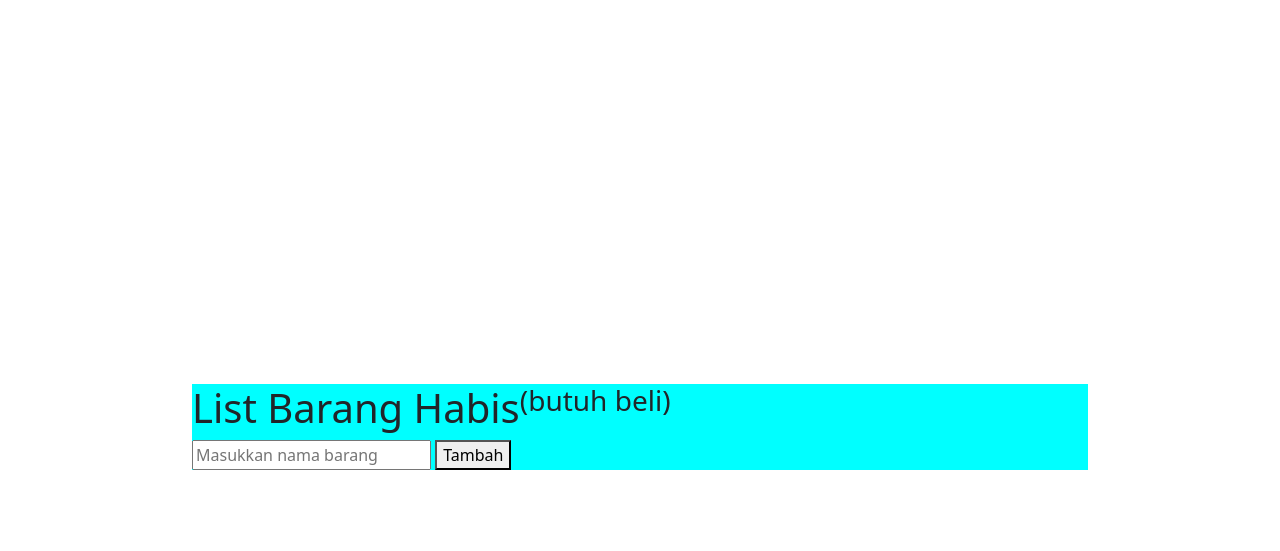
Repository: amorysdeo/dirumah
Page: index.html
The author's editor kept a copy of each file at every save. The page is drawn from the files as they stood at one save, then again after the next save.
The browser window is 1280 px wide. The pictures show the whole page.

Above is the page before, as saved 2025-11-27 11:49:15.

### index.html
<!DOCTYPE html>
<html lang="en">
<head>
    <meta charset="UTF-8">
    <meta name="viewport" content="width=device-width, initial-scale=1.0">
    <link rel="stylesheet" href="css.css">
    <link href="https://cdn.jsdelivr.net/npm/bootstrap@5.3.3/dist/css/bootstrap.min.css" rel="stylesheet">

    <title>Belanja</title>
</head>
<body>
    <div id="main-box">
        <div id="title" class="d-flex">
            <h1>List Barang Habis</h1>
            <h3>(butuh beli)</h3>
        </div>
        <div id="inputan">
            <input type="text" id="barang" name="barang" placeholder="Masukkan nama barang">
            <button>Tambah</button>
        </div>
    </div>

    <script src="https://cdn.jsdelivr.net/npm/@popperjs/core@2.11.8/dist/umd/popper.min.js"></script>
    <script src="https://cdn.jsdelivr.net/npm/bootstrap@5.3.3/dist/js/bootstrap.min.js"></script>
</body>
</html>

### css.css
body{
    padding-top: 30%;
    align-items: center;
    justify-content: center;
    display: flex;
    margin-left: auto;
    margin-right: auto;
}

#main-box{
    background-color: aqua;
    justify-content: center;
    align-items: center;
    width: 70%;
}

After the next save:
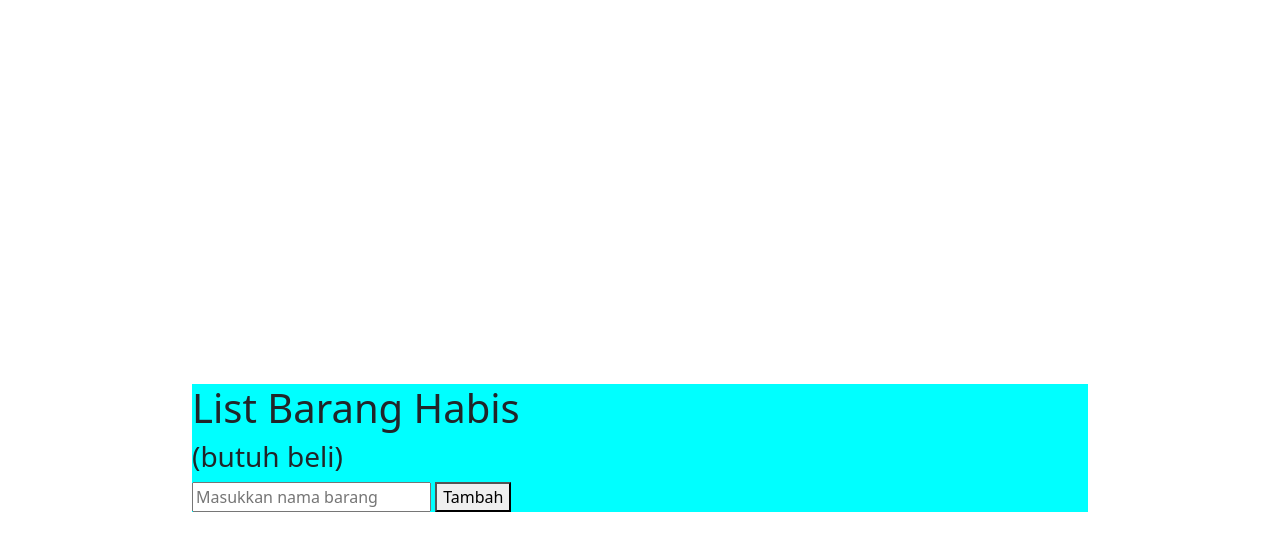
Saved 11 s later.
--- a/index.html
+++ b/index.html
@@ -10,7 +10,7 @@
 </head>
 <body>
     <div id="main-box">
-        <div id="title" class="d-flex">
+        <div id="title">
             <h1>List Barang Habis</h1>
             <h3>(butuh beli)</h3>
         </div>

After the 3 saves that followed:
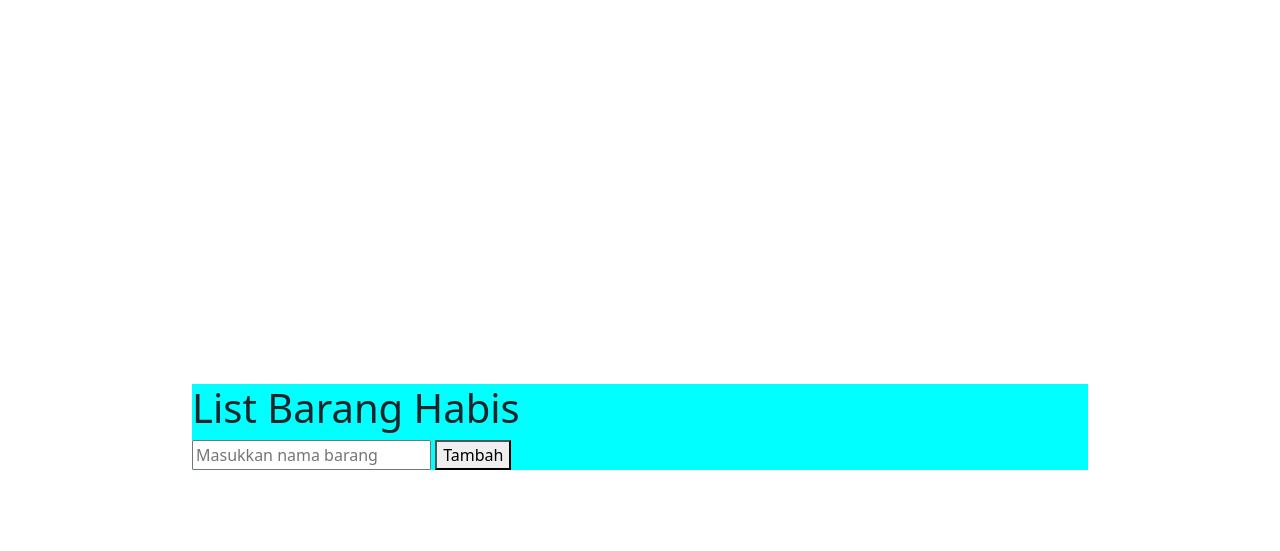
The 3 saves are shown as one change because 1 left the picture as it was and some came seconds apart.
The last was saved 71 s later.
--- a/index.html
+++ b/index.html
@@ -12,7 +12,6 @@
     <div id="main-box">
         <div id="title">
             <h1>List Barang Habis</h1>
-            <h3>(butuh beli)</h3>
         </div>
         <div id="inputan">
             <input type="text" id="barang" name="barang" placeholder="Masukkan nama barang">
